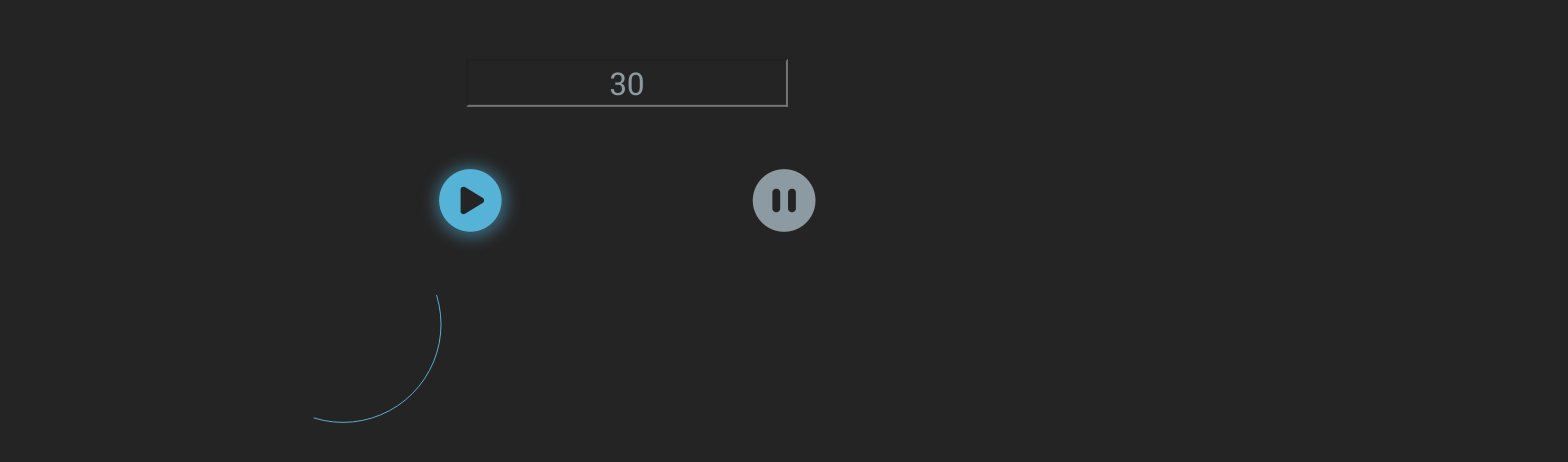
Repository: Sbethm/javascript-challenges
Page: index.html
An editor plug-in stored every save of this project. The page is shown before and after the next save, followed by the edit.
The browser window is 1280 px wide. The page is 1600 px wide, then 1344 px, then 1600 px, so the pictures cover 1600 px, including what lies to the right of the window. The pictures show the whole page, at 98% of full size.
Some web libraries are served in a nearby version. The style sheet was rebuilt from its Sass, Less or Tailwind sources for each picture, by a compiler version that may differ from the author's.

Above is the page before, as saved 2021-09-17 15:38:07.

After the next save:
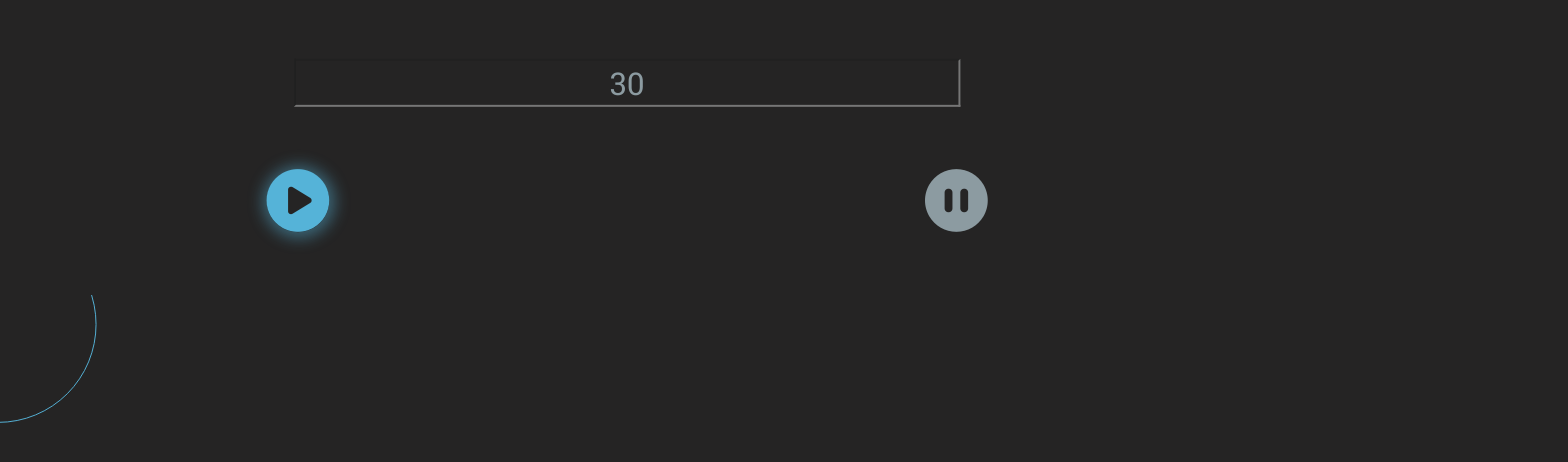
Saved 58 s later.
--- a/SCSS/main.scss
+++ b/SCSS/main.scss
@@ -28,7 +28,6 @@
     display: grid;
     grid-template-columns: Max(8rem, 50%) Max(8rem, 50%);
     grid-row: 25% 75%;
-    width: Max(500px, 50%);
     padding: 1em;
     margin: 0 auto;
     //Used to style Input font

After the save that followed:
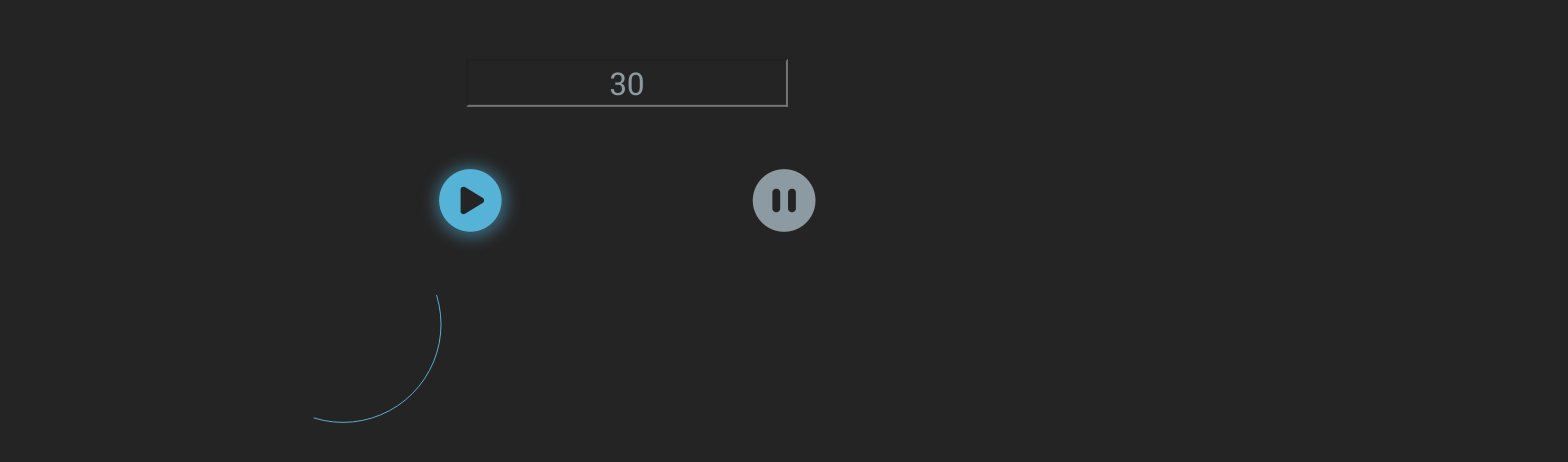
Saved 46 s later.
--- a/SCSS/main.scss
+++ b/SCSS/main.scss
@@ -28,6 +28,7 @@
     display: grid;
     grid-template-columns: Max(8rem, 50%) Max(8rem, 50%);
     grid-row: 25% 75%;
+    width: Max(500px, 50%);
     padding: 1em;
     margin: 0 auto;
     //Used to style Input font
